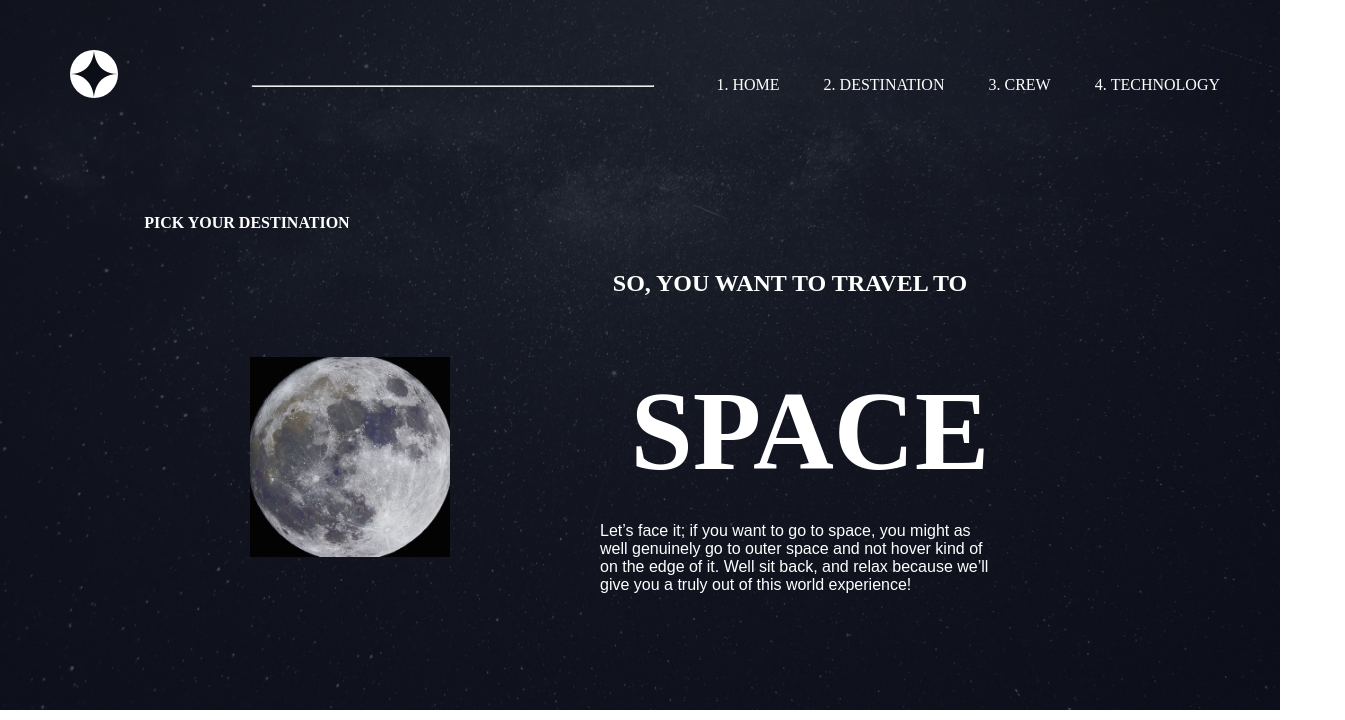
Repository: batonAnton/space_tourism
Page: destination.html
The author's editor kept a copy of each file at every save. The page is drawn from the files as they stood at one save, then again after the next save.
The browser window is 1280 px wide. The page is 1280 px wide, then 1345 px, so the pictures cover 1345 px, including what lies to the right of the window. The pictures show the whole page.
Some web fonts or font styles are not loaded; a fallback is used.

Above is the page before, as saved 2022-05-19 17:42:10.

After the next save:
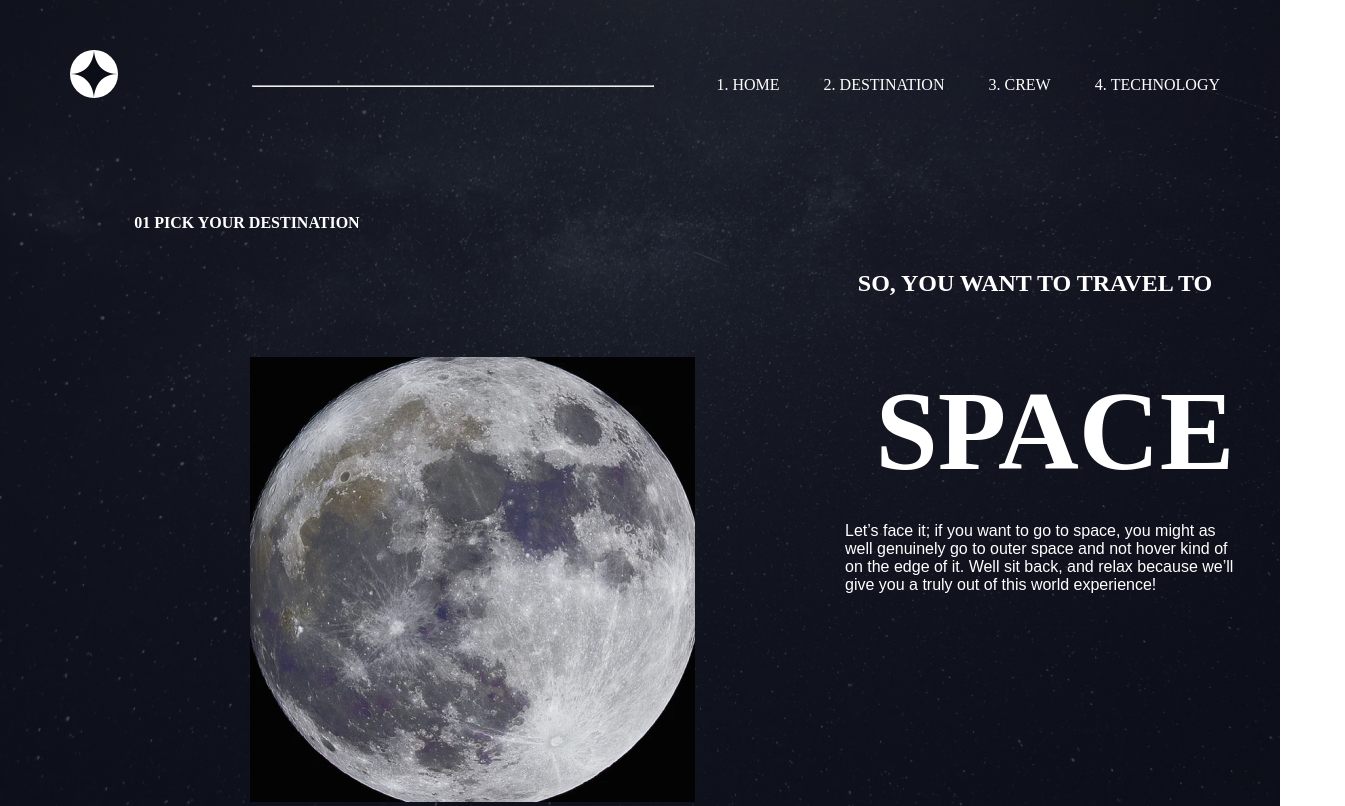
Saved 2 min 24 s later.
--- a/destination.html
+++ b/destination.html
@@ -45,10 +45,10 @@
 
 
             <div class="planet_img">
-                <h2 class="h2_planet">pick your destination</h2>
+                <h2 class="h2_planet"> <span>01</span> pick your destination</h2>
 
                 <div class="planet_bg">
-                    <img src="/images/destination_img/moon.png" style="height:200px" alt="">
+                    <img src="/images/destination_img/moon.png"  alt="">
                 </div>
             </div>
 
